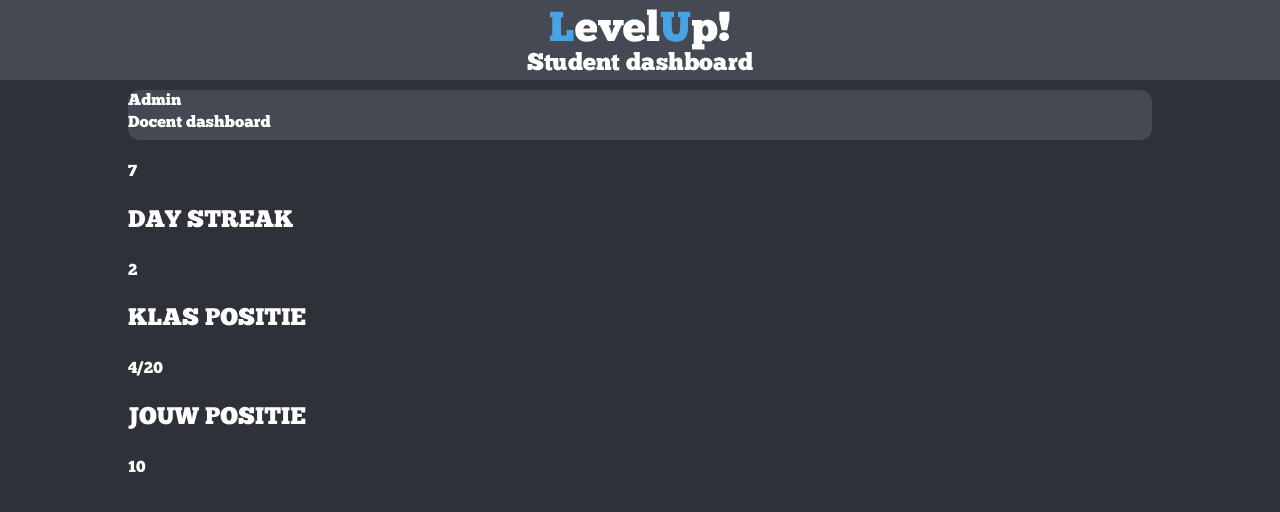
Repository: boblanckenburg/levelup
Page: website/src/index.html
These files come from the project's save history. The page is drawn as it stood at one moment and after the next save; the edit follows.
The browser window is 1280 px wide. The pictures show the whole page.

Above is the page before, as saved 2014-09-17 19:04:34.

### website/src/index.html
<!doctype html>
<html class="no-js" id="html" lang="">
    <head>
        <meta charset="utf-8">
        <meta http-equiv="X-UA-Compatible" content="IE=edge">
        <title>LevelUp</title>
        <meta name="description" content="">
        <meta name="viewport" content="width=device-width, initial-scale=1">

        <!-- Place favicon.ico and apple-touch-icon(s) in the root directory -->

        <link rel="stylesheet" href="css/main.css">
        <script src="js/main.js"></script>
        <script src="js/vendor/modernizr-2.8.3.min.js"></script>
    </head>
    <body>
        <!--[if lt IE 8]>
            <p class="browsehappy">You are using an <strong>outdated</strong> browser. Please <a href="http://browsehappy.com/">upgrade your browser</a> to improve your experience.</p>
        <![endif]-->

		<section class="dashboard">
			<section class="header"></section>
			<section class="menu">
				<div>Admin</div>
				<div>Docent dashboard</div>
			</section>
			<section class="content">
				<section class="streaks">
					<div class="streakitem">
						<h1>7</h1>
						<h2>DAY STREAK</h2>
					</div>
					<div class="streakitem">
						<h1>2</h1>
						<h2>KLAS POSITIE</h2>
					</div>
					<div class="streakitem">
						<h1>4/20</h1>
						<h2>JOUW POSITIE</h2>
					</div>
				</section>
				<section class="levelcounter">
					<h1>10</h1>
				</section>
				<section class="actionbar">
				</section>
			</section>
		</section>
    </body>
</html>

### website/src/css/main.css
/*
 * What follows is the result of much research on cross-browser styling.
 * Credit left inline and big thanks to Nicolas Gallagher, Jonathan Neal,
 * Kroc Camen, and the H5BP dev community and team.
 */

/* ==========================================================================
   Base styles: opinionated defaults
   ========================================================================== */

/*
bg-gray: #2e3138;
bg-light-gray: #454954;
bg-blue: #49a2e4;
neon-blue: #01d1ff;
*/

html {
    color: #222;
    font-size: 1em;
    line-height: 1.4;
	margin: 0px;
	background: #2e3138;
	color: white;
	text-decoration: none;
	font-weight: normal;
}

/* ==========================================================================
   Author's custom styles
   ========================================================================== */


@font-face {
    font-family: chunkfivefont;
    src: url(Chunkfive.otf);
}


body {
    font-family: chunkfivefont;
    color: white;
    height:100%;
	margin: 0px;
	overflow-x: scroll;
	overflow-style: marquee-line;
}

a
{
	color: #49a2e4;

}

h1, h2, h3
{
	font-weight: normal;
}

.dashboard,
{
	height:100%;
	width:100%;
}

.content
{
	height: 100%;
	width: 100%;
}

.header
{
    background: #454953;
	width: 100%;
	height:80px;
	margin: 0px auto 0px auto;

	background-image: url('../img/dashboardlogo.png');
	background-position: center;
	background-repeat: no-repeat;
	background-color: #454954;
}

.header #welcome
{
	width: 200px;
	float:right;
	color: white;
	margin 0px auto 0px auto;
	padding: 0px 10px 0px 0px;
}

.header #welcome p
{
	float: right;
	display: block;
	font-size: 0.7em;
	margin: 10px 10px 5px 0px;
}

.header #welcome a
{
	float: right;
	display: block;
	height:20px;
	width: 100px;
	text-align: center;
	font-size: 0.8em;
	color: white;
	text-decoration: none;
	padding:5px 20px 5px 20px;
	margin: 0px 10px 0px 0px;

	background-color: #49a2e4;
	border-radius: 6px;
}

.menu
{
    background: #2e3138;
	width:80%;
	height:100%;
	min-height:50px;
	margin: 10px auto 5px auto;
	background: #454954;
	border-radius: 12px;
	display: block;
}

.menu a, a:visited
{
	display: block;
	float:left;
	height: 35px;
	text-align: center;
	padding: 15px 0px 0px 30px;
	text-decoration: none;
	color: white;
}

.menu a:hover
{
	color: #49a2e4;
}

.content {
	width: 80%;
	height: 350px;
	margin: auto;
}

.container {
	margin: 0px auto 0px auto;
	width:100%;
	display: inline;
}


/* ==========================================================================
   Helper classes
   ========================================================================== */

/*
 * Hide visually and from screen readers: h5bp.com/u
 */

.hidden {
    display: none !important;
    visibility: hidden;
}

/*
 * Hide only visually, but have it available for screen readers: h5bp.com/v
 */

.visuallyhidden {
    border: 0;
    clip: rect(0 0 0 0);
    height: 1px;
    margin: -1px;
    overflow: hidden;
    padding: 0;
    position: absolute;
    width: 1px;
}

/*
 * Extends the .visuallyhidden class to allow the element to be focusable
 * when navigated to via the keyboard: h5bp.com/p
 */

.visuallyhidden.focusable:active,
.visuallyhidden.focusable:focus {
    clip: auto;
    height: auto;
    margin: 0;
    overflow: visible;
    position: static;
    width: auto;
}

/*
 * Hide visually and from screen readers, but maintain layout
 */

.invisible {
    visibility: hidden;
}

/*
 * Clearfix: contain floats
 *
 * For modern browsers
 * 1. The space content is one way to avoid an Opera bug when the
 *    `contenteditable` attribute is included anywhere else in the document.
 *    Otherwise it causes space to appear at the top and bottom of elements
 *    that receive the `clearfix` class.
 * 2. The use of `table` rather than `block` is only necessary if using
 *    `:before` to contain the top-margins of child elements.
 */

.clearfix:before,
.clearfix:after {
    content: " "; /* 1 */
    display: table; /* 2 */
}

.clearfix:after {
    clear: both;
}

/* ==========================================================================
   EXAMPLE Media Queries for Responsive Design.
   These examples override the primary ('mobile first') styles.
   Modify as content requires.
   ========================================================================== */

@media only screen and (min-width: 35em) {
    /* Style adjustments for viewports that meet the condition */
}

@media print,
       (-o-min-device-pixel-ratio: 5/4),
       (-webkit-min-device-pixel-ratio: 1.25),
       (min-resolution: 120dpi) {
    /* Style adjustments for high resolution devices */
}

/* ==========================================================================
   Print styles.
   Inlined to avoid the additional HTTP request: h5bp.com/r
   ========================================================================== */

@media print {
    *,
    *:before,
    *:after {
        background: transparent !important;
        color: #000 !important; /* Black prints faster: h5bp.com/s */
        box-shadow: none !important;
        text-shadow: none !important;
    }

    a,
    a:visited {
        text-decoration: underline;
    }

    a[href]:after {
        content: " (" attr(href) ")";
    }

    abbr[title]:after {
        content: " (" attr(title) ")";
    }

    /*
     * Don't show links that are fragment identifiers,
     * or use the `javascript:` pseudo protocol
     */

    a[href^="#"]:after,
    a[href^="javascript:"]:after {
        content: "";
    }

    pre,
    blockquote {
        border: 1px solid #999;
        page-break-inside: avoid;
    }

    thead {
        display: table-header-group; /* h5bp.com/t */
    }

    tr,
    img {
        page-break-inside: avoid;
    }

    img {
        max-width: 100% !important;
    }

    p,
    h2,
    h3 {
        orphans: 3;
        widows: 3;
    }

    h2,
    h3 {
        page-break-after: avoid;
    }
}

### website/src/js/main.js

//set up height of the html element so 100% height spans the entire screen
document.getElementById("html").style.height=window.innerHeight+"px";

Loaded but not shown: website/src/js/vendor/modernizr-2.8.3.min.js (library)

After the next save:
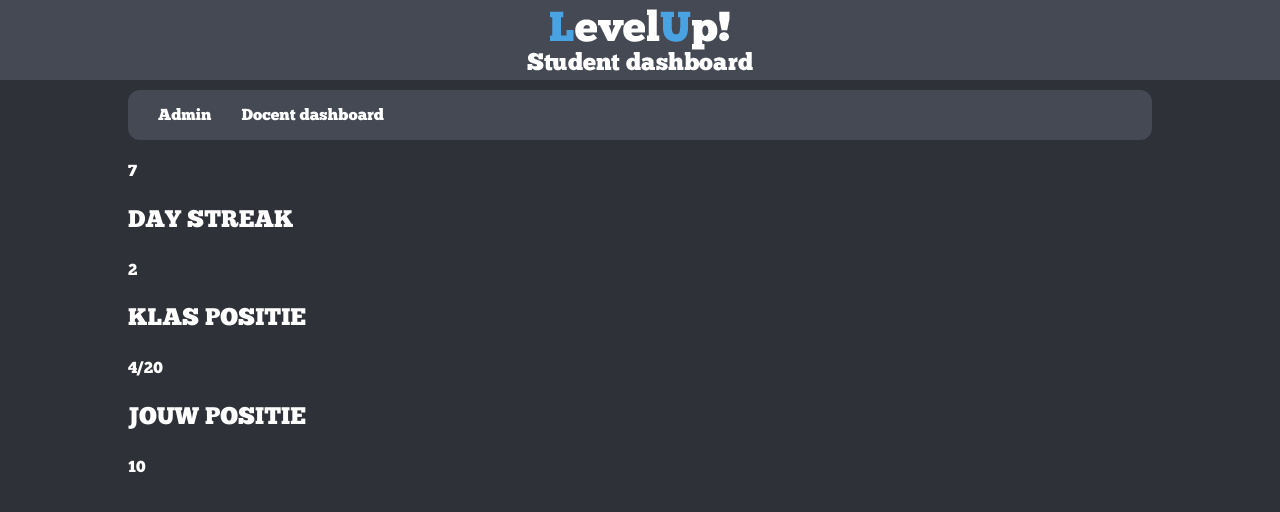
Saved 7 min 8 s later.
--- a/website/src/index.html
+++ b/website/src/index.html
@@ -21,8 +21,8 @@
 		<section class="dashboard">
 			<section class="header"></section>
 			<section class="menu">
-				<div>Admin</div>
-				<div>Docent dashboard</div>
+				<a>Admin</a>
+				<a>Docent dashboard</a>
 			</section>
 			<section class="content">
 				<section class="streaks">
